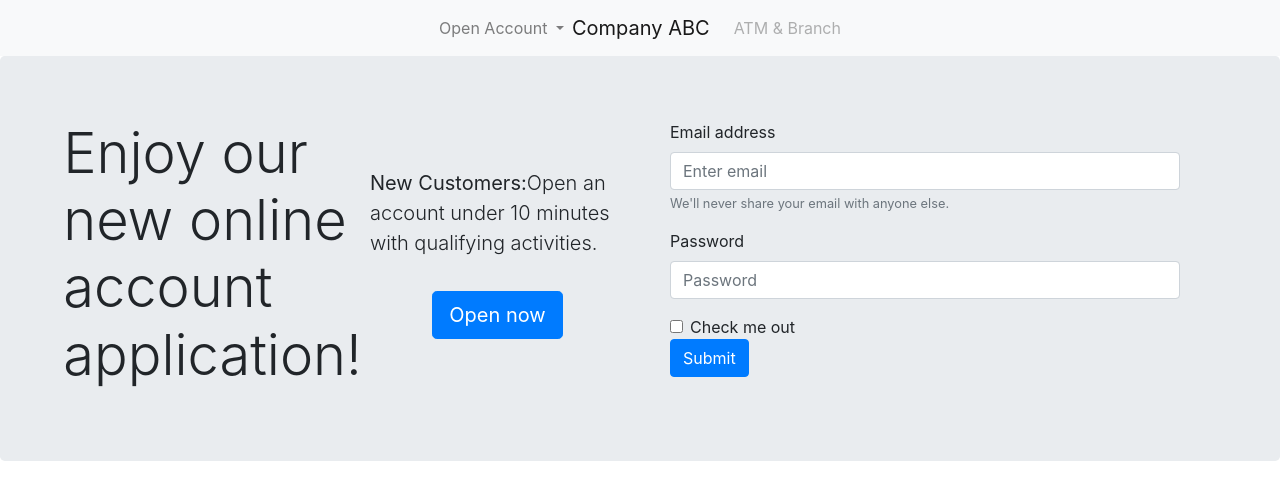
Repository: barriosan95/banking-opening-account-demo
Page: http://localhost/
The author's editor kept a record of every edit. The page is drawn from the files as they stood at one moment, then again after the next edit.
The browser window is 1280 px wide. The pictures show the whole page.
Some web fonts or font styles are not loaded; a fallback is used. Some web libraries are served in a nearby version. The page is served by the project's Node server (index.js).

Above is the page before.

### views/main.ejs
<% include ./partials/header %>

<div class="jumbotron">
    <div class = "container">
        <div class ="row">
            <div class ="col-md-3 d-flex flex-column align-items-center">
                <h4 class="display-4">Enjoy our new online account application!</h4>
            </div>
            <div class ="col-md-3 d-flex flex-column align-items-center">
                  <p class="lead mt-5"><b>New Customers:</b>Open an account under 10 minutes with qualifying activities.</p>
                    <hr class="my-2">
                    <p class="lead">
                        <a class="btn btn-primary btn-lg" href="#" role="button">Open now</a>
                    </p>
            </div>
            <div class ="col-md-6 d-flex flex-column align-items-center">
                <div class ="container">
                    <form>
                      <div class="form-group">
                        <label for="exampleInputEmail1">Email address</label>
                        <input type="email" class="form-control" id="exampleInputEmail1" aria-describedby="emailHelp" placeholder="Enter email">
                        <small id="emailHelp" class="form-text text-muted">We'll never share your email with anyone else.</small>
                      </div>
                      <div class="form-group">
                        <label for="exampleInputPassword1">Password</label>
                        <input type="password" class="form-control" id="exampleInputPassword1" placeholder="Password">
                      </div>
                      <div class="form-check">
                        <input type="checkbox" class="form-check-input" id="exampleCheck1">
                        <label class="form-check-label" for="exampleCheck1">Check me out</label>
                      </div>
                      <button type="submit" class="btn btn-primary">Submit</button>
                    </form>
                </div>
            </div>
        </div>
    </div>
</div>


<% include ./partials/footer %>

### views/partials/header.ejs
<!DOCTYPE HTML!>
<html>

    <head>


        <!--CDN Bootstrap v4.1.3-->
        <link rel="stylesheet" href="https://stackpath.bootstrapcdn.com/bootstrap/4.1.3/css/bootstrap.min.css">
        <link rel="stylesheet" href="https://cdnjs.cloudflare.com/ajax/libs/font-awesome/4.7.0/css/font-awesome.min.css">

        <!--font -->
        <link href="https://fonts.googleapis.com/css?family=Muli:200,300,400,700,800" rel="stylesheet">

        <!--Will ensure proper responsivness on mobile devices-->
        <meta name="viewport" content="width=device-width, initial-scale=1, shrink-to-fit=no">

        <title> Banking OA Demo </title>

        <meta name="viewport" content="width=device-width, initial-scale=1, maximum-scale=1, user-scalable=no">

    </head>

    <body>

    <!--NAVBAR-->
        <nav class="navbar navbar-expand-lg navbar-light bg-light">
            <button class="navbar-toggler" type="button" data-toggle="collapse" data-target="#navbarNavDropdown" aria-controls="navbarNavDropdown" aria-expanded="false" aria-label="Toggle navigation">
                <span class="navbar-toggler-icon"></span>
            </button>

            <div class="collapse navbar-collapse" id="navbarNavDropdown">
                <ul class="navbar-nav mx-auto">
                    <li class="nav-item dropdown">
                        <a class="nav-link dropdown-toggle" href="#" id="navbarDropdown" role="button" data-toggle="dropdown">
                            Open Account
                        </a>
                        <div class="dropdown-menu" aria-labelledby="navbarDropdown">
                          <a class="dropdown-item" href="#">Checking Accounts</a>
                          <div class="dropdown-divider"></div>
                          <a class="dropdown-item" href="#">Savings Accounts </a>
                          <div class="dropdown-divider"></div>
                          <a class="dropdown-item" href="#">Money Market Accounts</a>
                          <div class="dropdown-divider"></div>
                          <a class="dropdown-item" href="#">CD and IRA's</a>

                        </div>
                    </li>
                    <a class="navbar-brand" href="/"> Company ABC </a>
                     <li class="nav-item">
                        <a class="nav-link disabled" href="#">ATM & Branch</a>
                     </li>
                </ul>
            </div>
        </nav>

### views/partials/footer.ejs

        <!--Bootstrap js scripts-->
        <script src="https://code.jquery.com/jquery-3.3.1.min.js" integrity="sha256-FgpCb/KJQlLNfOu91ta32o/NMZxltwRo8QtmkMRdAu8="crossorigin="anonymous"></script>
        <script src="https://cdnjs.cloudflare.com/ajax/libs/popper.js/1.12.9/umd/popper.min.js" integrity="sha384-ApNbgh9B+Y1QKtv3Rn7W3mgPxhU9K/ScQsAP7hUibX39j7fakFPskvXusvfa0b4Q" crossorigin="anonymous"></script>
        <script src="https://maxcdn.bootstrapcdn.com/bootstrap/4.0.0/js/bootstrap.min.js" integrity="sha384-JZR6Spejh4U02d8jOt6vLEHfe/JQGiRRSQQxSfFWpi1MquVdAyjUar5+76PVCmYl" crossorigin="anonymous"></script>
        <!--JS SCIPTs -->

        <script src="/js/forms.js"></script>
        <script src="https://cdn.jsdelivr.net/npm/jquerykeyframes@1.0.5/dist/jquery.keyframes.min.js"></script>

    </body>
</html>

### index.js
const express = require('express');


const mainRoutes = require('./routes/main');

//APP CONFIGURATIONS
var app = express();
    app.set('view engine','ejs');
    app.use(mainRoutes);





app.listen(process.env.PORT,process.env.IP,function(){
    console.log('Server established.');
});

### routes/main.js
const express = require('express');

const router = express.Router();

router.get("/", function(req,res){
    res.render('main');
});


module.exports = router;

Loaded but not shown: public/js/forms.js (no copy from this time; the picture is the same without it)

After the next edit:
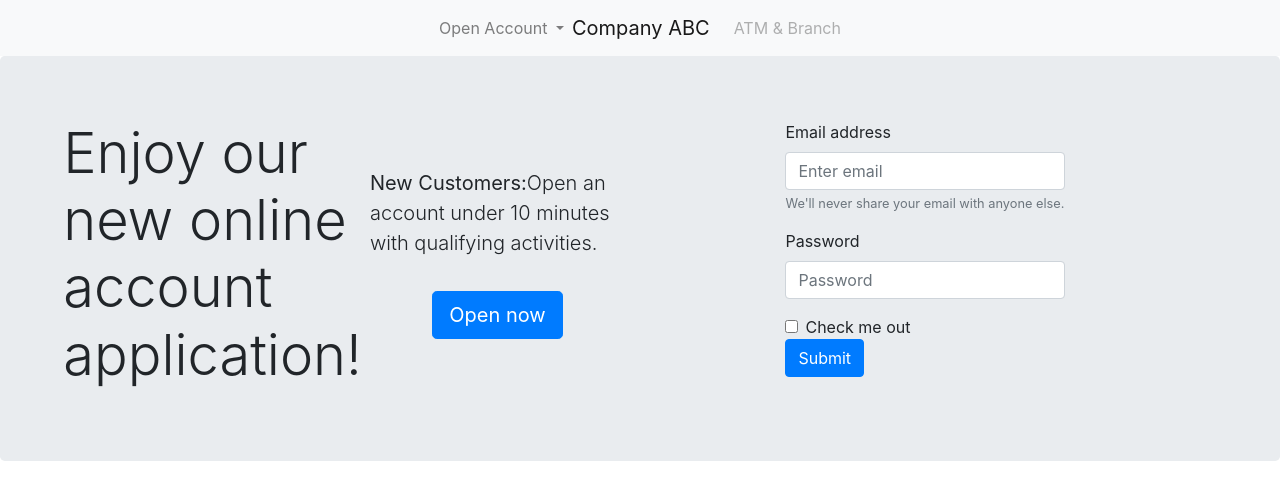
The edit:
--- a/views/main.ejs
+++ b/views/main.ejs
@@ -14,7 +14,7 @@
                     </p>
             </div>
             <div class ="col-md-6 d-flex flex-column align-items-center">
-                <div class ="container">
+                <!--<div class ="container">-->
                     <form>
                       <div class="form-group">
                         <label for="exampleInputEmail1">Email address</label>
